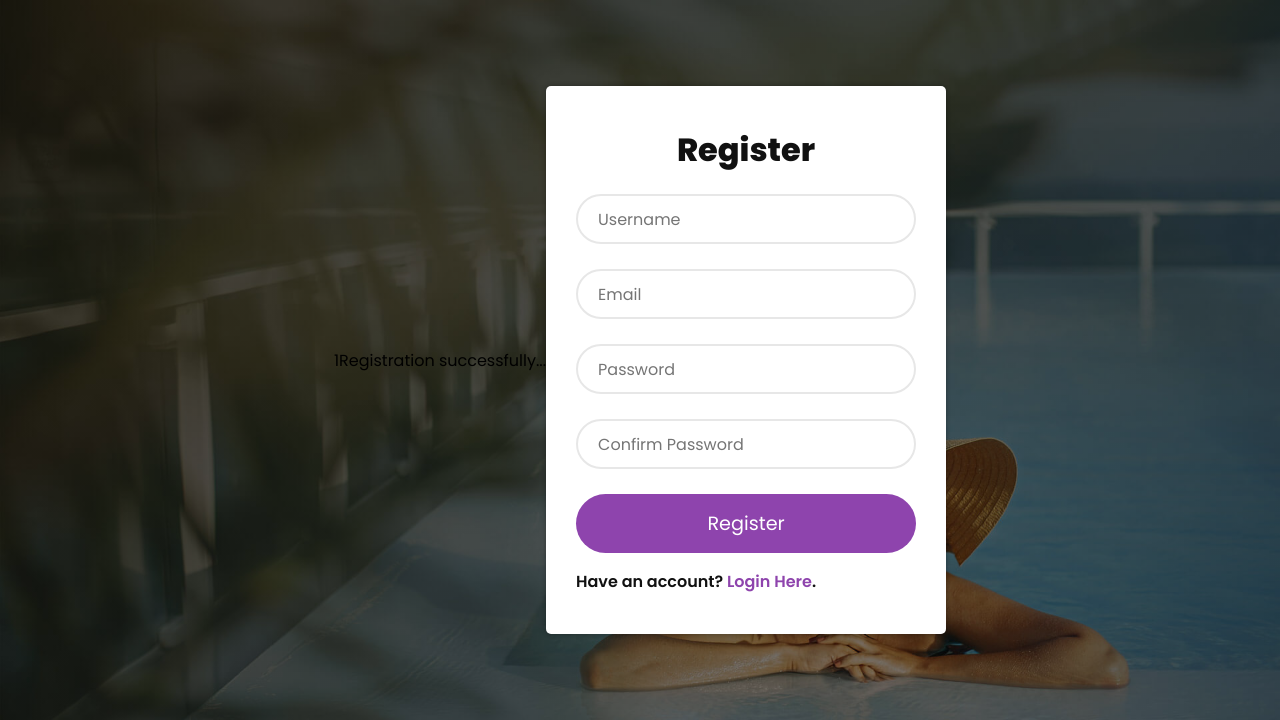
Repository: tanya2468/travel_agency
Page: http://localhost/register.php
An editor plug-in stored every save of this project. The page is shown before and after the next save, followed by the edit.
The browser window is 1280 px wide. The pictures show the whole page.
The page is run by PHP 8.4 with error messages shown; the project is at /var/www/html/.

Above is the page before, as saved 2024-11-12 18:34:31.

### register.php
<?php
include 'config.php';
include 'connect.php';
error_reporting(0);
if (isset($_POST['submit'])){
    $username = $_POST['username'];
    $email = $_POST['email'];
    $password = md5($_POST['password']);
    $cpassword = md5($_POST['cpassword']);

    if ($password == $cpassword){
        $sql = "SELECT * FROM users WHERE email='$email'";
        $result = mysqli_query($conn, $sql);
		if (!$result->num_rows > 0){
        $sql = "INSERT INTO users (username, email, password)
                VALUES ('$username', '$email','$password')";
        $result = mysqli_query($conn, $sql);
        if ($result) {
            echo "<script>alert('User registeration completed.')</script>";
                $username = "";
				$email = "";
				$_POST['password'] = "";
				$_POST['cpassword'] = "";
        }
        else{
            echo "<script>alert('Oops! something wrong went.')</script>";
    }
}}
    else{
        echo "<script>alert('Password Not Matched.')</script>";
    }
}
?>

<!DOCTYPE html>
<html>
<head>
	<meta charset="utf-8">
	<meta name="viewport" content="width=device-width, initial-scale=1.0">

	<link rel="stylesheet" href="https://stackpath.bootstrapcdn.com/font-awesome/4.7.0/css/font-awesome.min.css">

	<link rel="stylesheet" type="text/css" href="style.css">

	<title>Register</title>
</head>
<body>
	<div class="container">
		<form action="" method="POST" class="login-email">
            <p class="login-text" style="font-size: 2rem; font-weight: 800;">Register</p>
			<div class="input-group">
				<input type="text" placeholder="Username" name="username" value="<?php echo $username; ?>" required>
			</div>
			<div class="input-group">
				<input type="email" placeholder="Email" name="email"  value="<?php echo $email; ?>" required>
			</div>
			<div class="input-group">
				<input type="password" placeholder="Password" name="password" value="<?php echo $_POST['password']; ?>"  required>
            </div>
            <div class="input-group">
				<input type="password" placeholder="Confirm Password" name="cpassword" value="<?php echo $_POST['cpassword']; ?>"  required>
			</div>
			<div class="input-group">
				<button name="submit" class="btn">Register</button>
			</div>
			<p class="login-register-text">Have an account? <a href="login.php">Login Here</a>.</p>
		</form>
	</div>
</body>
</html>

### config.php
<?php

$server = "localhost";
$user = "root";
$pass = "";
$database = "book_db";

$conn = mysqli_connect($server, $user, $pass, $database);

if (!$conn) {
    die("<script>alert('Connection Failed.')</script>");
}

?>

### connect.php
<?php

	$firstName = isset($_POST['firstName']) ? $_POST['firstName'] : '';
$lastName = isset($_POST['lastName']) ? $_POST['lastName'] : '';
$gender = isset($_POST['gender']) ? $_POST['gender'] : '';
$email = isset($_POST['email']) ? $_POST['email'] : '';
$password = isset($_POST['password']) ? $_POST['password'] : '';
$number = isset($_POST['number']) ? $_POST['number'] : '';


	// Database connection
	$conn = new mysqli('localhost','root','','users');
	if($conn->connect_error){
		echo "$conn->connect_error";
		die("Connection Failed : ". $conn->connect_error);
	} else {
		$stmt = $conn->prepare("insert into registration(firstName, lastName, gender, email, password, number) values(?, ?, ?, ?, ?, ?)");
		$stmt->bind_param("sssssi", $firstName, $lastName, $gender, $email, $password, $number);
		$execval = $stmt->execute();
		echo $execval;
		echo "Registration successfully...";
		$stmt->close();
		$conn->close();
	}
?>

### style.css
@import url('https://fonts.googleapis.com/css2?family=Poppins:ital,wght@0,100;0,200;0,300;0,400;0,500;0,600;0,700;0,800;0,900;1,100;1,200;1,300;1,400;1,500;1,600;1,700;1,800;1,900&display=swap');

* {
    margin: 0;
    padding: 0;
    box-sizing: border-box;
    font-family: 'Poppins', sans-serif;
}

body {
    width: 100%;
    min-height: 100vh;
    background-image: linear-gradient(rgba(0,0,0,.5), rgba(0,0,0,.5)), url(home-slide-1.jpg);
    background-position: center;
    background-size: cover;
    display: flex;
    justify-content: center;
    align-items: center;
}

.container {
    width: 400px;
    min-height: 400px;
    background: #FFF;
    border-radius: 5px;
    box-shadow: 0 0 5px rgba(0,0,0,.3);
    padding: 40px 30px;
}

.container .login-text {
    color: #111;
    font-weight: 500;
    font-size: 1.1rem;
    text-align: center;
    margin-bottom: 20px;
    display: block;
    text-transform: capitalize;
}

.container .login-social {
    display: grid;
    grid-template-columns: repeat(auto-fit, minmax(50%, 1fr));
    margin-bottom: 25px;
}

.container .login-social a {
    padding: 12px;
    margin: 10px;
    border-radius: 3px;
    box-shadow: 0 0 5px rgba(0,0,0,.3);
    text-decoration: none;
    font-size: 1rem;
    text-align: center;
    color: #FFF;
    transition: .3s;
}

.container .login-social a i {
    margin-right: 5px;
}

.container .login-social a.facebook {
    background: #4267B2;
}

.container .login-social a.twitter {
    background: #1DA1F2;
}

.container .login-social a.google-plus {
    background: #db4a39;
}

.container .login-social a.linkedin {
    background: #0e76a8;
}

.container .login-social a.facebook:hover {
    background: #3d5fa3;
}

.container .login-social a.twitter:hover {
    background: #1991db;
}

.container .login-social a.google-plus:hover {
    background: #ca4334;
}

.container .login-social a.linkedin:hover {
    background: #0b5c81;
}

.container .login-email .input-group {
    width: 100%;
    height: 50px;
    margin-bottom: 25px;
}

.container .login-email .input-group input {
    width: 100%;
    height: 100%;
    border: 2px solid #e7e7e7;
    padding: 15px 20px;
    font-size: 1rem;
    border-radius: 30px;
    background: transparent;
    outline: none;
    transition: .3s;
}

.container .login-email .input-group input:focus, .container .login-email .input-group input:valid {
    border-color: #8e44ad;
}

.container .login-email .input-group .btn {
    display: block;
    width: 100%;
    padding: 15px 20px;
    text-align: center;
    border: none;
    background: #8e44ad;
    outline: none;
    border-radius: 30px;
    font-size: 1.2rem;
    color: #FFF;
    cursor: pointer;
    transition: .3s;
}

.container .login-email .input-group .btn:hover {
    transform: translateY(-5px);
    background: #8e44ad;
}

.login-register-text {
    color: #111;
    font-weight: 600;
}

.login-register-text a {
    text-decoration: none;
    color: #8e44ad;
}

@media (max-width: 430px) {
    .container {
        width: 300px;
    }
    .container .login-social {
        display: block;
    }
    .container .login-social a {
        display: block;
    }
}

After the next save:
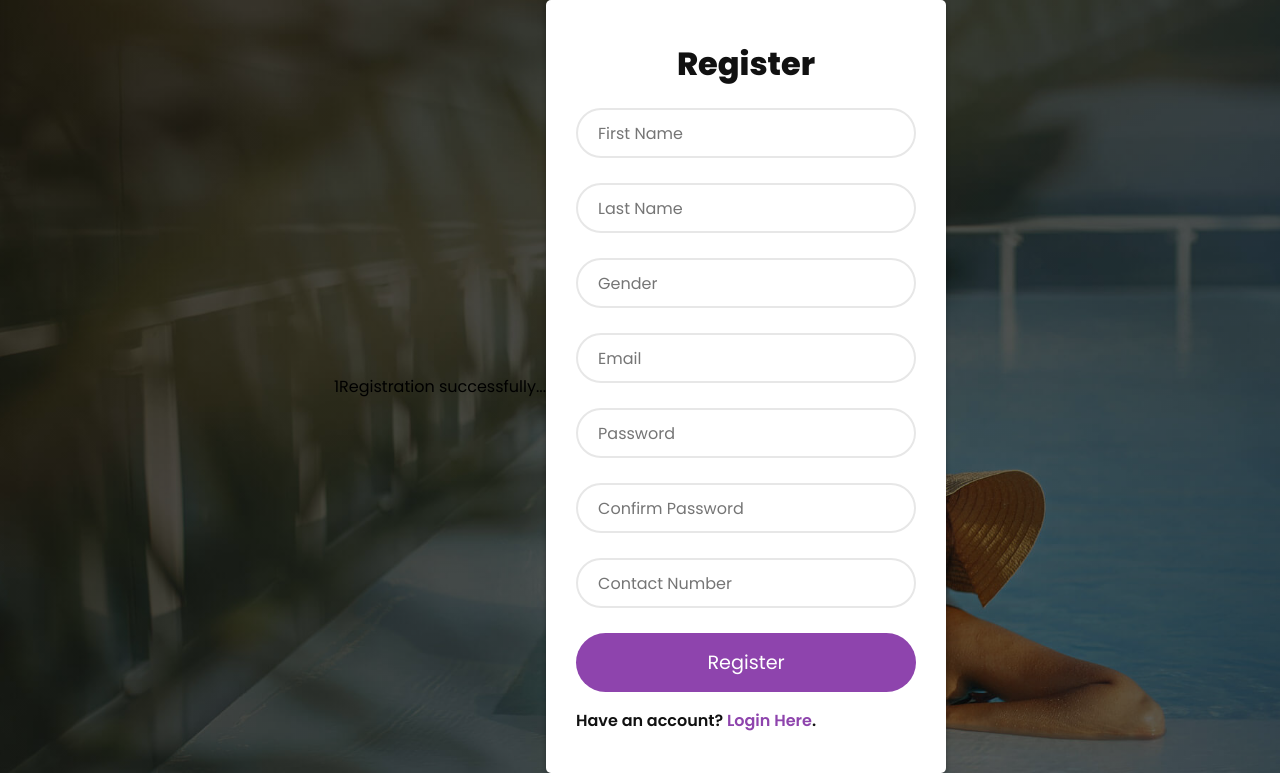
Saved 3 min 51 s later.
--- a/register.php
+++ b/register.php
@@ -2,32 +2,46 @@
 include 'config.php';
 include 'connect.php';
 error_reporting(0);
+
 if (isset($_POST['submit'])){
-    $username = $_POST['username'];
+    $firstName = $_POST['firstName'];
+    $lastName = $_POST['lastName'];
+    $gender = $_POST['gender'];
     $email = $_POST['email'];
-    $password = md5($_POST['password']);
-    $cpassword = md5($_POST['cpassword']);
+    $password = $_POST['password'];
+    $cpassword = $_POST['cpassword'];
+    $number = $_POST['number'];
 
+    // Check if passwords match
     if ($password == $cpassword){
-        $sql = "SELECT * FROM users WHERE email='$email'";
-        $result = mysqli_query($conn, $sql);
-		if (!$result->num_rows > 0){
-        $sql = "INSERT INTO users (username, email, password)
-                VALUES ('$username', '$email','$password')";
-        $result = mysqli_query($conn, $sql);
-        if ($result) {
-            echo "<script>alert('User registeration completed.')</script>";
-                $username = "";
-				$email = "";
-				$_POST['password'] = "";
-				$_POST['cpassword'] = "";
+        // Hash the password
+        $hashed_password = password_hash($password, PASSWORD_BCRYPT);
+
+        // Check if the email already exists
+        $sql = "SELECT * FROM registration WHERE email = ?";
+        $stmt = $conn->prepare($sql);
+        $stmt->bind_param("s", $email);
+        $stmt->execute();
+        $result = $stmt->get_result();
+
+        if ($result->num_rows == 0){
+            // Insert new user into the registration table
+            $sql = "INSERT INTO registration (firstName, lastName, gender, email, password, number) VALUES (?, ?, ?, ?, ?, ?)";
+            $stmt = $conn->prepare($sql);
+            $stmt->bind_param("ssssss", $firstName, $lastName, $gender, $email, $hashed_password, $number);
+
+            if ($stmt->execute()) {
+                echo "<script>alert('User registration completed.')</script>";
+                $_POST = []; // Clear form data
+            } else {
+                echo "<script>alert('Oops! Something went wrong.')</script>";
+            }
+        } else {
+            echo "<script>alert('Email already exists.')</script>";
         }
-        else{
-            echo "<script>alert('Oops! something wrong went.')</script>";
-    }
-}}
-    else{
-        echo "<script>alert('Password Not Matched.')</script>";
+        $stmt->close();
+    } else {
+        echo "<script>alert('Passwords do not match.')</script>";
     }
 }
 ?>
@@ -35,36 +49,44 @@
 <!DOCTYPE html>
 <html>
 <head>
-	<meta charset="utf-8">
-	<meta name="viewport" content="width=device-width, initial-scale=1.0">
+    <meta charset="utf-8">
+    <meta name="viewport" content="width=device-width, initial-scale=1.0">
 
-	<link rel="stylesheet" href="https://stackpath.bootstrapcdn.com/font-awesome/4.7.0/css/font-awesome.min.css">
+    <link rel="stylesheet" href="https://stackpath.bootstrapcdn.com/font-awesome/4.7.0/css/font-awesome.min.css">
+    <link rel="stylesheet" type="text/css" href="style.css">
 
-	<link rel="stylesheet" type="text/css" href="style.css">
-
-	<title>Register</title>
+    <title>Register</title>
 </head>
 <body>
-	<div class="container">
-		<form action="" method="POST" class="login-email">
+    <div class="container">
+        <form action="" method="POST" class="login-email">
             <p class="login-text" style="font-size: 2rem; font-weight: 800;">Register</p>
-			<div class="input-group">
-				<input type="text" placeholder="Username" name="username" value="<?php echo $username; ?>" required>
-			</div>
-			<div class="input-group">
-				<input type="email" placeholder="Email" name="email"  value="<?php echo $email; ?>" required>
-			</div>
-			<div class="input-group">
-				<input type="password" placeholder="Password" name="password" value="<?php echo $_POST['password']; ?>"  required>
+            <div class="input-group">
+                <input type="text" placeholder="First Name" name="firstName" value="<?php echo isset($firstName) ? htmlspecialchars($firstName) : ''; ?>" required>
             </div>
             <div class="input-group">
-				<input type="password" placeholder="Confirm Password" name="cpassword" value="<?php echo $_POST['cpassword']; ?>"  required>
-			</div>
-			<div class="input-group">
-				<button name="submit" class="btn">Register</button>
-			</div>
-			<p class="login-register-text">Have an account? <a href="login.php">Login Here</a>.</p>
-		</form>
-	</div>
+                <input type="text" placeholder="Last Name" name="lastName" value="<?php echo isset($lastName) ? htmlspecialchars($lastName) : ''; ?>" required>
+            </div>
+            <div class="input-group">
+                <input type="text" placeholder="Gender" name="gender" value="<?php echo isset($gender) ? htmlspecialchars($gender) : ''; ?>" required>
+            </div>
+            <div class="input-group">
+                <input type="email" placeholder="Email" name="email" value="<?php echo isset($email) ? htmlspecialchars($email) : ''; ?>" required>
+            </div>
+            <div class="input-group">
+                <input type="password" placeholder="Password" name="password" required>
+            </div>
+            <div class="input-group">
+                <input type="password" placeholder="Confirm Password" name="cpassword" required>
+            </div>
+            <div class="input-group">
+                <input type="text" placeholder="Contact Number" name="number" value="<?php echo isset($number) ? htmlspecialchars($number) : ''; ?>" required>
+            </div>
+            <div class="input-group">
+                <button name="submit" class="btn">Register</button>
+            </div>
+            <p class="login-register-text">Have an account? <a href="login.php">Login Here</a>.</p>
+        </form>
+    </div>
 </body>
 </html>

After the save that followed:
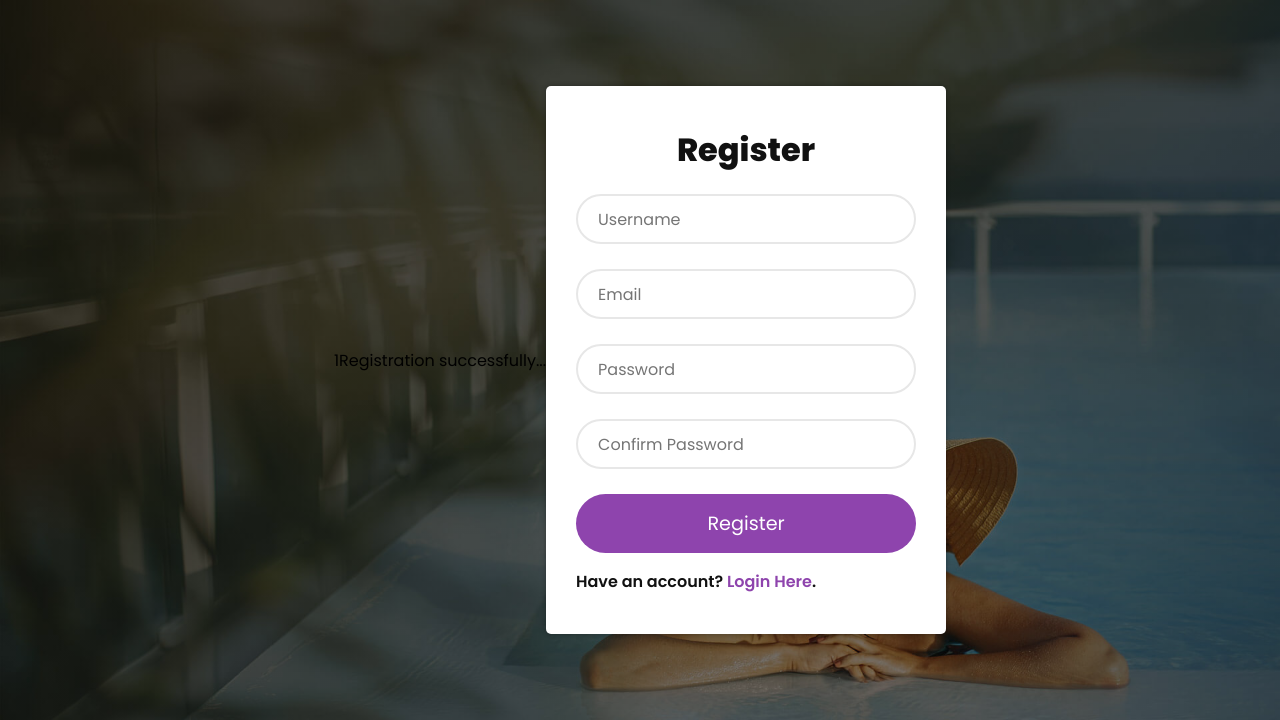
Saved 11 s later.
--- a/register.php
+++ b/register.php
@@ -2,46 +2,32 @@
 include 'config.php';
 include 'connect.php';
 error_reporting(0);
+if (isset($_POST['submit'])){
+    $username = $_POST['username'];
+    $email = $_POST['email'];
+    $password = md5($_POST['password']);
+    $cpassword = md5($_POST['cpassword']);
 
-if (isset($_POST['submit'])){
-    $firstName = $_POST['firstName'];
-    $lastName = $_POST['lastName'];
-    $gender = $_POST['gender'];
-    $email = $_POST['email'];
-    $password = $_POST['password'];
-    $cpassword = $_POST['cpassword'];
-    $number = $_POST['number'];
-
-    // Check if passwords match
     if ($password == $cpassword){
-        // Hash the password
-        $hashed_password = password_hash($password, PASSWORD_BCRYPT);
-
-        // Check if the email already exists
-        $sql = "SELECT * FROM registration WHERE email = ?";
-        $stmt = $conn->prepare($sql);
-        $stmt->bind_param("s", $email);
-        $stmt->execute();
-        $result = $stmt->get_result();
-
-        if ($result->num_rows == 0){
-            // Insert new user into the registration table
-            $sql = "INSERT INTO registration (firstName, lastName, gender, email, password, number) VALUES (?, ?, ?, ?, ?, ?)";
-            $stmt = $conn->prepare($sql);
-            $stmt->bind_param("ssssss", $firstName, $lastName, $gender, $email, $hashed_password, $number);
-
-            if ($stmt->execute()) {
-                echo "<script>alert('User registration completed.')</script>";
-                $_POST = []; // Clear form data
-            } else {
-                echo "<script>alert('Oops! Something went wrong.')</script>";
-            }
-        } else {
-            echo "<script>alert('Email already exists.')</script>";
+        $sql = "SELECT * FROM users WHERE email='$email'";
+        $result = mysqli_query($conn, $sql);
+		if (!$result->num_rows > 0){
+        $sql = "INSERT INTO users (username, email, password)
+                VALUES ('$username', '$email','$password')";
+        $result = mysqli_query($conn, $sql);
+        if ($result) {
+            echo "<script>alert('User registeration completed.')</script>";
+                $username = "";
+				$email = "";
+				$_POST['password'] = "";
+				$_POST['cpassword'] = "";
         }
-        $stmt->close();
-    } else {
-        echo "<script>alert('Passwords do not match.')</script>";
+        else{
+            echo "<script>alert('Oops! something wrong went.')</script>";
+    }
+}}
+    else{
+        echo "<script>alert('Password Not Matched.')</script>";
     }
 }
 ?>
@@ -49,44 +35,36 @@
 <!DOCTYPE html>
 <html>
 <head>
-    <meta charset="utf-8">
-    <meta name="viewport" content="width=device-width, initial-scale=1.0">
+	<meta charset="utf-8">
+	<meta name="viewport" content="width=device-width, initial-scale=1.0">
 
-    <link rel="stylesheet" href="https://stackpath.bootstrapcdn.com/font-awesome/4.7.0/css/font-awesome.min.css">
-    <link rel="stylesheet" type="text/css" href="style.css">
+	<link rel="stylesheet" href="https://stackpath.bootstrapcdn.com/font-awesome/4.7.0/css/font-awesome.min.css">
 
-    <title>Register</title>
+	<link rel="stylesheet" type="text/css" href="style.css">
+
+	<title>Register</title>
 </head>
 <body>
-    <div class="container">
-        <form action="" method="POST" class="login-email">
+	<div class="container">
+		<form action="" method="POST" class="login-email">
             <p class="login-text" style="font-size: 2rem; font-weight: 800;">Register</p>
-            <div class="input-group">
-                <input type="text" placeholder="First Name" name="firstName" value="<?php echo isset($firstName) ? htmlspecialchars($firstName) : ''; ?>" required>
+			<div class="input-group">
+				<input type="text" placeholder="Username" name="username" value="<?php echo $username; ?>" required>
+			</div>
+			<div class="input-group">
+				<input type="email" placeholder="Email" name="email"  value="<?php echo $email; ?>" required>
+			</div>
+			<div class="input-group">
+				<input type="password" placeholder="Password" name="password" value="<?php echo $_POST['password']; ?>"  required>
             </div>
             <div class="input-group">
-                <input type="text" placeholder="Last Name" name="lastName" value="<?php echo isset($lastName) ? htmlspecialchars($lastName) : ''; ?>" required>
-            </div>
-            <div class="input-group">
-                <input type="text" placeholder="Gender" name="gender" value="<?php echo isset($gender) ? htmlspecialchars($gender) : ''; ?>" required>
-            </div>
-            <div class="input-group">
-                <input type="email" placeholder="Email" name="email" value="<?php echo isset($email) ? htmlspecialchars($email) : ''; ?>" required>
-            </div>
-            <div class="input-group">
-                <input type="password" placeholder="Password" name="password" required>
-            </div>
-            <div class="input-group">
-                <input type="password" placeholder="Confirm Password" name="cpassword" required>
-            </div>
-            <div class="input-group">
-                <input type="text" placeholder="Contact Number" name="number" value="<?php echo isset($number) ? htmlspecialchars($number) : ''; ?>" required>
-            </div>
-            <div class="input-group">
-                <button name="submit" class="btn">Register</button>
-            </div>
-            <p class="login-register-text">Have an account? <a href="login.php">Login Here</a>.</p>
-        </form>
-    </div>
+				<input type="password" placeholder="Confirm Password" name="cpassword" value="<?php echo $_POST['cpassword']; ?>"  required>
+			</div>
+			<div class="input-group">
+				<button name="submit" class="btn">Register</button>
+			</div>
+			<p class="login-register-text">Have an account? <a href="login.php">Login Here</a>.</p>
+		</form>
+	</div>
 </body>
 </html>
